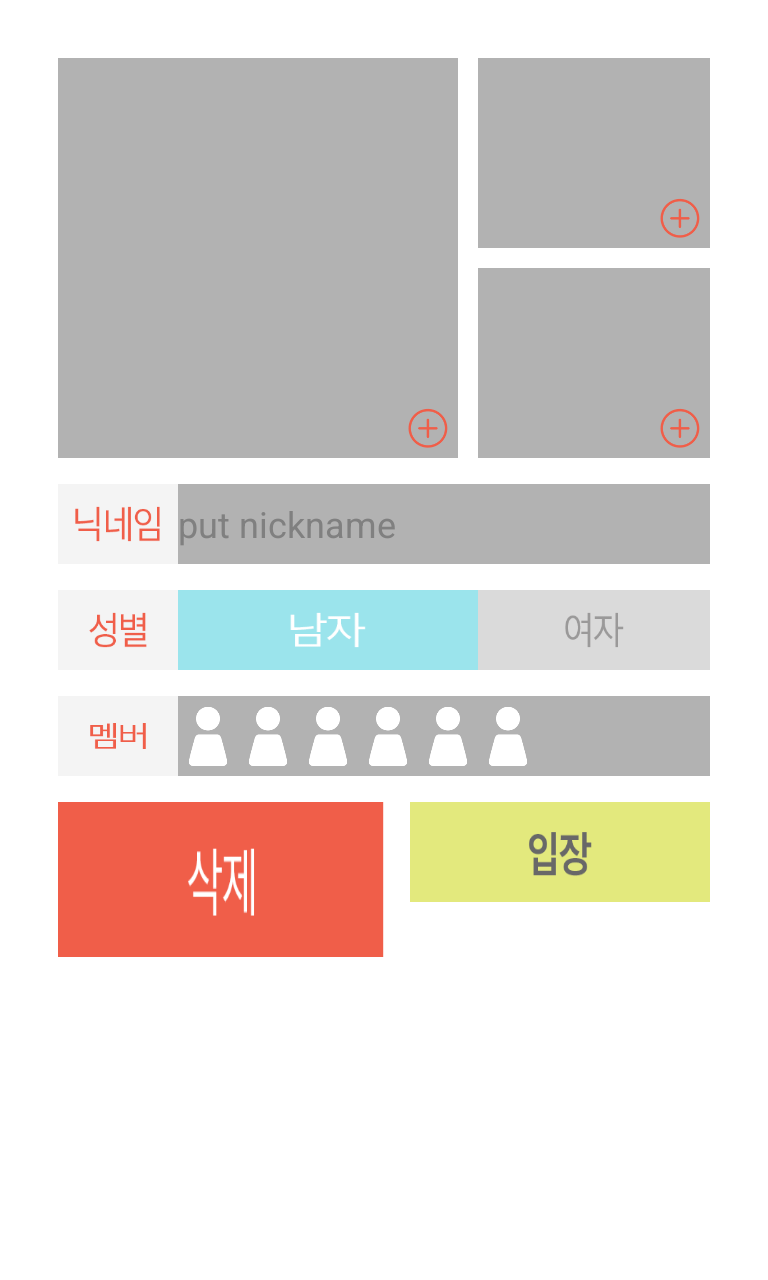
Repository: dokwon/mingle_final_client
Layout: mingle/res/layout/activity_main.xml
These files come from the project's save history. The layout is drawn as it stood at one moment and after the next save; the edit follows.
It is drawn on a 768 x 1280 px phone screen (xhdpi) without system bars, with theme ProfileTheme; the app's code is not run. The app's manifest (not shown) leaves right-to-left support off. So textAlignment, textDirection and layoutDirection are ignored, and left and right values win over start and end ones.

Above is the layout before, as saved 2014-08-04 06:26:21.

### mingle/res/layout/activity_main.xml
<?xml version="1.0"?>

<RelativeLayout
  tools:context=".MainActivity"
  android:paddingBottom="@dimen/activity_vertical_margin"
  android:paddingTop="@dimen/activity_vertical_margin"
  android:paddingRight="@dimen/activity_horizontal_margin"
  android:paddingLeft="@dimen/activity_horizontal_margin"
  android:layout_height="match_parent"
  android:layout_width="match_parent"
  android:background="@color/titlebackgroundcolor"
  xmlns:tools="http://schemas.android.com/tools"
  xmlns:android="http://schemas.android.com/apk/res/android">

    <RelativeLayout
      android:id="@+id/center_wrapper"
	  android:layout_height="wrap_content"
	  android:layout_width="wrap_content"
	  android:background="@color/trans"
	  android:layout_centerInParent="true" />



	<!--

	+++++	PHOTO VIEWS   +++++

							-->
	<ImageView
	    android:id="@+id/photoView1"
	    android:layout_height="@dimen/photo_view_size"
	    android:layout_width="@dimen/photo_view_size"
	    android:layout_marginLeft="@dimen/option_margin"
	    android:layout_marginTop="@dimen/option_margin"
	    android:layout_alignParentStart="true"
	    android:layout_alignParentLeft="true"
	    android:theme="@style/PictureViewTheme"
	    android:cropToPadding="true"
	    android:contentDescription="@string/photo_description"
	    android:background="@color/photobackgroundcolor"
	    android:longClickable="false"
	    android:clickable="true" />

	<ImageView
	    android:id="@+id/photoView2"
	    android:layout_width="wrap_content"
	    android:layout_height="95dp"
	    android:layout_alignTop="@+id/photoView1"
	    android:layout_alignParentRight="true"
	    android:layout_marginRight="@dimen/option_margin"
	    android:layout_marginLeft="@dimen/photo_margin"
	    android:layout_toRightOf="@+id/photoView1"
	    android:adjustViewBounds="false"
	    android:background="@color/photobackgroundcolor"
	    android:baselineAlignBottom="false"
	    android:clickable="true"
	    android:contentDescription="@string/photo_description"
	    android:cropToPadding="true"
	    android:longClickable="false" />
	<ImageView
	    android:id="@+id/photoView3"
	    android:layout_height="wrap_content"
	    android:layout_width="wrap_content"
	    android:background="@color/photobackgroundcolor"
	    android:cropToPadding="true"
	    android:contentDescription="@string/photo_description"
	    android:clickable="true"
	    android:longClickable="false"
	    android:layout_alignRight="@+id/photoView2"
	    android:layout_alignBottom="@+id/photoView1"
	    android:layout_alignStart="@+id/photoView2"
	    android:layout_alignLeft="@+id/photoView2"
	    android:layout_below="@+id/photoView2"
	    android:layout_marginTop="@dimen/photo_margin"/>


	<!--

	+++++	ADD BUTTONS   +++++

							-->
	<ImageView
	    android:layout_height="20dp"
	    android:layout_width="20dp"
	    android:layout_marginRight="5dp"
	    android:layout_marginBottom="5dp"
	    android:layout_alignRight="@+id/photoView1"
	    android:layout_alignBottom="@+id/photoView1"
	    android:cropToPadding="true"
	    android:contentDescription="@string/erase_button_description"
	    android:background="@drawable/photo_plus"
	    android:longClickable="true"
	    android:id="@+id/add1"/>
	<ImageView
	    android:layout_height="20dp"
	    android:layout_width="20dp"
	    android:layout_marginRight="5dp"
	    android:layout_marginBottom="5dp"
	    android:layout_alignRight="@+id/photoView2"
	    android:layout_alignBottom="@+id/photoView2"
	    android:cropToPadding="true"
	    android:contentDescription="@string/erase_button_description"
	    android:background="@drawable/photo_plus"
	    android:longClickable="true"
	    android:id="@+id/add2"/>
	<ImageView
	    android:layout_height="20dp"
	    android:layout_width="20dp"
	    android:layout_marginRight="5dp"
	    android:layout_marginBottom="5dp"
	    android:layout_alignRight="@+id/photoView3"
	    android:layout_alignBottom="@+id/photoView3"
	    android:cropToPadding="true"
	    android:contentDescription="@string/erase_button_description"
	    android:background="@drawable/photo_plus"
	    android:longClickable="true"
	    android:id="@+id/add3"/>

	<!--

	+++++	NICKNAME  +++++

							-->

	<ImageView
	    android:id="@+id/nicknamelabel"
	    android:layout_width="@dimen/option_label_width"
	    android:layout_height="@dimen/option_label_height"
	    android:background="@drawable/nickname"
	    android:cropToPadding="true"
	    android:contentDescription="@string/photo_description"
	    android:longClickable="false"
	    android:layout_alignStart="@+id/photoView1"
	    android:layout_alignLeft="@+id/photoView1"
	    android:layout_below="@+id/photoView1"
	    android:layout_marginTop="@dimen/option_margin"/>

	<EditText
	    android:id="@+id/nicknameTextView"
	    android:layout_alignRight="@+id/photoView3"
	    android:layout_alignTop="@+id/nicknamelabel"
	    android:layout_alignBottom="@+id/nicknamelabel"
	    android:layout_toRightOf="@+id/nicknamelabel"
	    android:layout_width="wrap_content"
	    android:layout_height="wrap_content"
	    android:background="@color/photobackgroundcolor"
	    android:hint="@string/nickname_placeholder"
	    android:textAppearance="?android:attr/textAppearanceMedium"
	    android:imeActionLabel="@string/launch"
	    android:maxLength="10" />

	<!--

	+++++	SEX CHOICE   +++++

							-->

	<ImageView
	    android:layout_width="@dimen/option_label_width"
	    android:layout_height="@dimen/option_label_height"
	    android:background="@drawable/genderchoice"
	    android:cropToPadding="true"
	    android:contentDescription="@string/photo_description"
	    android:longClickable="false"
	    android:layout_alignStart="@+id/photoView1"
	    android:layout_alignLeft="@+id/photoView1"
	    android:layout_below="@+id/nicknamelabel"
	    android:id="@+id/sexlabel"
	    android:layout_marginTop="@dimen/option_margin"/>

	<Button
	    android:layout_height="wrap_content"
	    android:layout_width="wrap_content"
	    android:id="@+id/manbutton"
	    android:layout_centerHorizontal="true"
	    android:background="@drawable/genderchoice_man"
	    android:layout_alignTop="@+id/sexlabel"
	    android:layout_alignBottom="@+id/sexlabel"
	    android:layout_toRightOf="@+id/sexlabel"
	    android:layout_toLeftOf="@+id/photoView3"
	    android:onClick="SexOptionChanged"/>

	<Button
	    android:layout_height="wrap_content"
	    android:layout_width="wrap_content"
	    android:id="@+id/womanbutton"
	    android:layout_centerHorizontal="true"
	    android:background="@drawable/genderchoice_notwoman"
	    android:layout_alignTop="@+id/sexlabel"
	    android:layout_alignBottom="@+id/sexlabel"
	    android:layout_toRightOf="@+id/manbutton"
	    android:layout_alignRight="@+id/photoView3"
	    android:onClick="SexOptionChanged"/>


	<!--

	+++++	MEMBER NUM   +++++

							-->

	<ImageView
	    android:layout_width="@dimen/option_label_width"
	    android:layout_height="@dimen/option_label_height"
	    android:background="@drawable/member"
	    android:cropToPadding="true"
	    android:contentDescription="@string/photo_description"
	    android:longClickable="false"
	    android:layout_alignStart="@+id/photoView1"
	    android:layout_alignLeft="@+id/photoView1"
	    android:layout_below="@+id/sexlabel"
	    android:id="@+id/memberlabel"
	    android:layout_marginTop="@dimen/option_margin"/>
	<ImageView
	    android:layout_height="wrap_content"
	    android:layout_width="wrap_content"
	    android:id="@+id/member_background"
	    android:background="@color/photobackgroundcolor"
	    android:layout_alignTop="@+id/memberlabel"
	    android:layout_alignBottom="@+id/memberlabel"
	    android:contentDescription="@string/photo_description"
	    android:layout_toRightOf="@+id/memberlabel"
	    android:layout_alignRight="@+id/photoView3"/>
	<Button
	    android:layout_height="wrap_content"
	    android:layout_width="@dimen/member_icon_width"
	    android:id="@+id/member_1"
	    android:background="@drawable/peoplenumberpicon"
	    android:layout_alignTop="@+id/memberlabel"
	    android:layout_alignBottom="@+id/memberlabel"
	    android:layout_toRightOf="@+id/memberlabel"
	    android:layout_margin="@dimen/small_margin"
	    android:onClick="MemberNumberSelected"/>

	<Button
	    android:layout_height="wrap_content"
	    android:layout_width="@dimen/member_icon_width"
	    android:id="@+id/member_2"
	    android:background="@drawable/peoplenumberpicon"
	    android:layout_alignTop="@+id/memberlabel"
	    android:layout_alignBottom="@+id/memberlabel"
	    android:layout_toRightOf="@+id/member_1"
	    android:layout_margin="@dimen/small_margin"
	    android:onClick="MemberNumberSelected"/>
	<Button
	    android:layout_height="wrap_content"
	    android:layout_width="@dimen/member_icon_width"
	    android:id="@+id/member_3"
	    android:background="@drawable/peoplenumberpicon"
	    android:layout_alignTop="@+id/memberlabel"
	    android:layout_alignBottom="@+id/memberlabel"
	    android:layout_toRightOf="@+id/member_2"
	    android:layout_margin="@dimen/small_margin"
	    android:onClick="MemberNumberSelected"/>
	<Button
	    android:layout_height="wrap_content"
	    android:layout_width="@dimen/member_icon_width"
	    android:id="@+id/member_4"
	    android:background="@drawable/peoplenumberpicon"
	    android:layout_alignTop="@+id/memberlabel"
	    android:layout_alignBottom="@+id/memberlabel"
	    android:layout_toRightOf="@+id/member_3"
	    android:layout_margin="@dimen/small_margin"
	    android:onClick="MemberNumberSelected"/>
	<Button
	    android:layout_height="wrap_content"
	    android:layout_width="@dimen/member_icon_width"
	    android:id="@+id/member_5"
	    android:background="@drawable/peoplenumberpicon"
	    android:layout_alignTop="@+id/memberlabel"
	    android:layout_alignBottom="@+id/memberlabel"
	    android:layout_toRightOf="@+id/member_4"
	    android:layout_margin="@dimen/small_margin"
	    android:onClick="MemberNumberSelected"/>
	<Button
	    android:layout_height="wrap_content"
	    android:layout_width="@dimen/member_icon_width"
	    android:id="@+id/member_6"
	    android:background="@drawable/peoplenumberpicon"
	    android:layout_alignTop="@+id/memberlabel"
	    android:layout_alignBottom="@+id/memberlabel"
	    android:layout_toRightOf="@+id/member_5"
	    android:layout_margin="@dimen/small_margin"
	    android:onClick="MemberNumberSelected"/>


	<Button
	    android:layout_height="wrap_content"
	    android:layout_width="match_parent"
	    android:id="@+id/delete_button"
	    android:layout_alignLeft="@+id/photoView1"
		android:layout_alignRight="@+id/center_wrapper"
	    android:layout_below="@+id/memberlabel"
	    android:layout_marginTop="@dimen/option_margin"
	    android:background="@drawable/deleteall"
	    android:onClick="userCreateButtonPressed"/>

	<Button
	    android:layout_height="50dp"
	    android:layout_width="wrap_content"
	    android:id="@+id/enter_button"
	    android:layout_alignRight="@+id/photoView3"
	   	android:layout_toRightOf="@+id/delete_button"
	    android:layout_alignTop="@+id/delete_button"
	    android:layout_marginLeft="@dimen/option_margin"
	    android:background="@drawable/enter"
	    android:onClick="userCreateButtonPressed"/>


</RelativeLayout>

### mingle/res/values/styles.xml
<resources>

    <!--
        Base application theme, dependent on API level. This theme is replaced
        by AppBaseTheme from res/values-vXX/styles.xml on newer devices.
    -->
    <style name="AppBaseTheme" parent="android:Theme.Light">
        <!--
            Theme customizations available in newer API levels can go in
            res/values-vXX/styles.xml, while customizations related to
            backward-compatibility can go here.
        -->
    </style>

    <!-- Application theme. -->
    <style name="AppTheme" parent="AppBaseTheme">
        <!-- All customizations that are NOT specific to a particular API-level can go here. -->
    </style>

    <!--  Title Bar Theme -->
    <style name="ProfileTheme" parent="android:Theme.Light">
        <item name="android:windowTitleSize">@dimen/title_bar_height</item>
        <item name="android:windowTitleBackgroundStyle">@style/WindowTitleBackground</item>
	</style>



    <!--  Chat Room Theme -->
	<style name="ChatRoomTheme" parent="android:Theme.Light">
        <item name="android:windowTitleSize">50dp</item>
        <item name="android:windowTitleBackgroundStyle">@style/WindowTitleBackground</item>
	</style>

	<!--  Photo View Theme -->
	<style name="PictureViewTheme">

    	<item name="android:background">#FFEAEAEA</item>
	</style>

    <style name="WindowTitleBackground">
        <item name="android:background">@color/titlebackgroundcolor</item>
    </style>

    <!--  Swipe list view theme -->
	<style name="MyListBackContent">
       <item name="android:layout_width">fill_parent</item>
       <item name="android:layout_height">fill_parent</item>
       <item name="android:background">@drawable/background_back</item>
       <item name="android:gravity">right</item>
   </style>

   <style name="MyListFrontContent">
       <item name="android:layout_width">fill_parent</item>
       <item name="android:layout_height">fill_parent</item>
       <item name="android:background">@drawable/background_front</item>
       <item name="android:padding">8dp</item>
   </style>

     <style name="MyListButtonAction">
       <item name="android:layout_margin">5dp</item>
         <item name="android:layout_width">80dp</item>
       <item name="android:layout_height">30dp</item>

   </style>

     <style name="UserListImage">
       <item name="android:layout_width">180dp</item>
       <item name="android:layout_height">180dp</item>
       <item name="android:scaleGravity">fill</item>
       <item name="android:layout_marginRight">8dp</item>
   </style>

     <style name="ChatRoomImage">
       <item name="android:layout_width">67dp</item>
       <item name="android:layout_height">67dp</item>
       <item name="android:scaleGravity">fill</item>
       <item name="android:layout_marginRight">8dp</item>
   </style>

   <style name="MyListTitle">
       <item name="android:paddingBottom">8dp</item>
       <item name="android:textSize">17sp</item>
       <item name="android:textStyle">bold</item>
       <item name="android:maxLines">2</item>
       <item name="android:ellipsize">end</item>
   </style>
</resources>

### mingle/res/values/colors.xml
<?xml version="1.0" encoding="UTF-8"?>

<resources>

	<color name="titlebackgroundcolor">#FFFFFFFF</color>

	<color name="photobackgroundcolor">#B2B2B2</color>

	<color name="trans">#000000</color>
	<color name="light_gray">#eee9e9</color>
	<color name="white_gray">#FFF2F2F2</color>
	<color name="black">#FF000000</color>
	<color name="white">#FFFFFFFF</color>
	<color name="actionbar_gray">#F1F1F1</color>

	<color name="mingle_button_green">#e3e97d</color>

	<color name="mingle_button_red">#f05e49</color>

	<color name="gold">#F0C500</color>
	<color name="silver">#C0C0C0</color>
	<color name="bronze">#CD7F32</color>
	<color name="dark_gray">#4C4C4C</color>

</resources>

### mingle/res/values/strings.xml
<?xml version="1.0" encoding="utf-8"?>
<resources>

    <string name="app_name">mingle</string>
    <string name="title_section1">Section 1</string>
    <string name="title_section2">Section 2</string>
    <string name="title_section3">Section 3</string>
    <string name="action_settings">Personal Settings</string>
    <string name="hello_world">Hello world!</string>
    <string name="title_activity_hunt">HuntActivity</string>
    <string name="title_activity_chatroom">ChatroomActivity</string>
    <string name="title_activity_chat_room">ChatRoomActivity</string>
    <string name="tab1title">Top</string>
    <string name="tab2title">All</string>
    <string name="tab3title">Mingling</string>
    <string name="tab4title">Setting</string>
    <string name="radio_male">Male</string>
    <string name="radio_female">Female</string>
    <string name="sms"></string>
    <string name="send">send</string>
    <string name="title_activity_setting">SettingActivity</string>
    <string name="title_activity_photo_view">PhotoViewActivity</string>
    <string name="title_activity_profile">ProfileActivity</string>
    <string name="title_activity_region_chatroom">RegionChatroomActivity</string>
    <string name="photo_description">Click to add Photo</string>
	<string name="minge_start_button_string">Mingle</string>
	<string name="erase_button_description">erase photo</string>
	<string name="nickname_placeholder">put nickname</string>
	<string name="launch">launch</string>


</resources>

Loaded but not shown: mingle/res/values/dimens.xml (common file); mingle/res/values-w820dp/dimens.xml (common file)

After the next save:
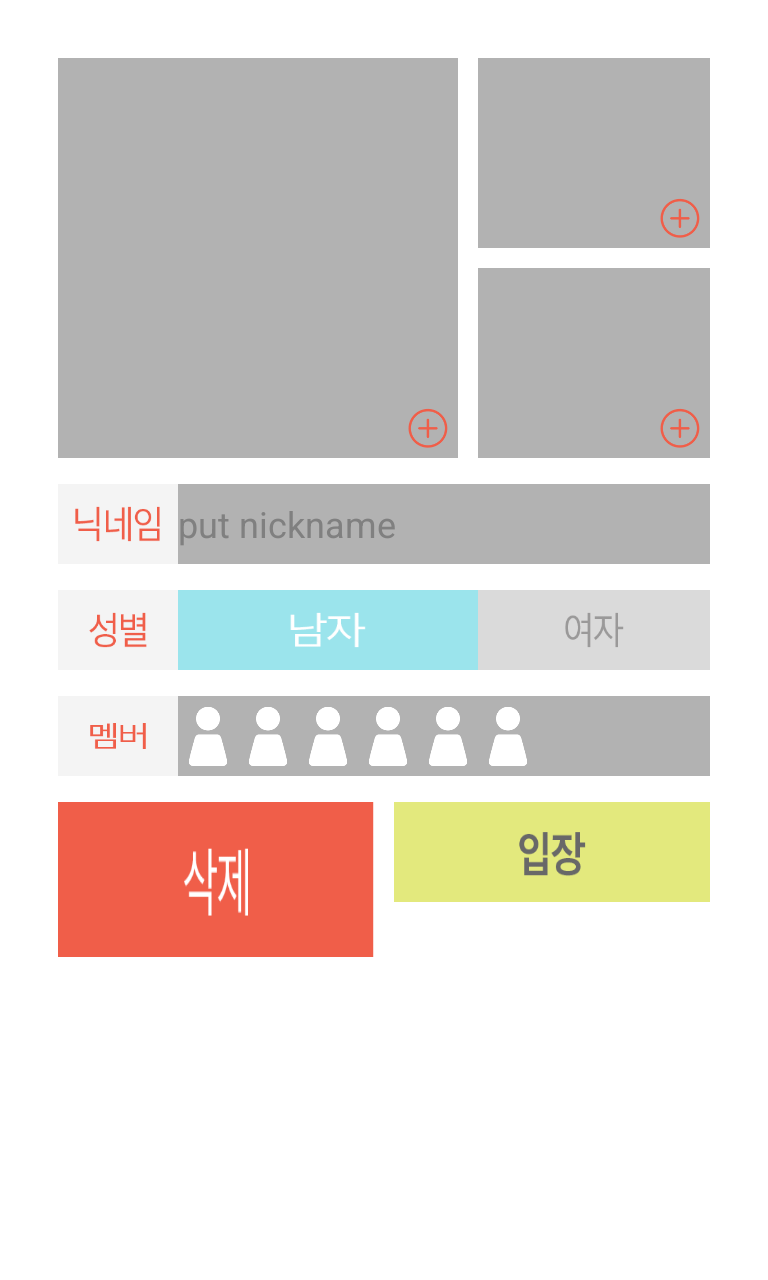
Saved 2 min 21 s later.
--- a/mingle/res/layout/activity_main.xml
+++ b/mingle/res/layout/activity_main.xml
@@ -292,6 +292,7 @@
 		android:layout_alignRight="@+id/center_wrapper"
 	    android:layout_below="@+id/memberlabel"
 	    android:layout_marginTop="@dimen/option_margin"
+	    android:layout_marginRight="@dimen/small_margin"
 	    android:background="@drawable/deleteall"
 	    android:onClick="userCreateButtonPressed"/>
 
@@ -302,7 +303,7 @@
 	    android:layout_alignRight="@+id/photoView3"
 	   	android:layout_toRightOf="@+id/delete_button"
 	    android:layout_alignTop="@+id/delete_button"
-	    android:layout_marginLeft="@dimen/option_margin"
+	    android:layout_marginLeft="@dimen/small_margin"
 	    android:background="@drawable/enter"
 	    android:onClick="userCreateButtonPressed"/>
 
